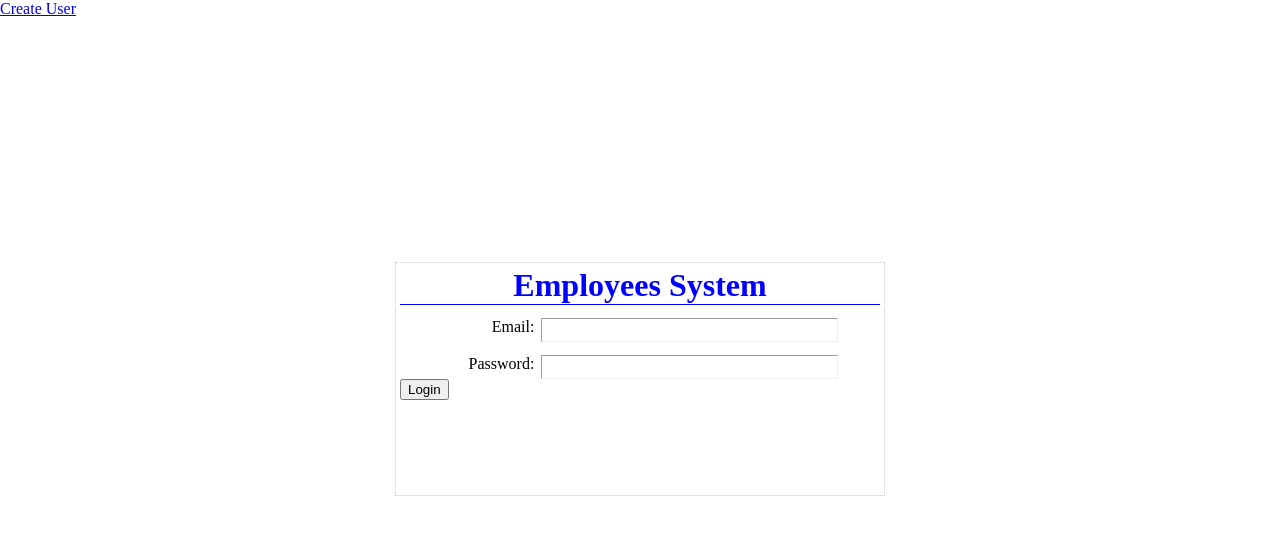
Repository: Hossam-Ali-zz/Employee-System
Page: http://localhost/Employee/login.jsp?lang=en
The author's editor kept a copy of each file at every save. The page is drawn from the files as they stood at one save, then again after the next save.
The browser window is 1280 px wide. The pictures show the whole page.
Some web libraries are served in a nearby version. The page is served by Tomcat 9. Nobody is signed in. The application's start-up code is not run.

Above is the page before, as saved 2017-04-03 13:15:35.

After the next save:
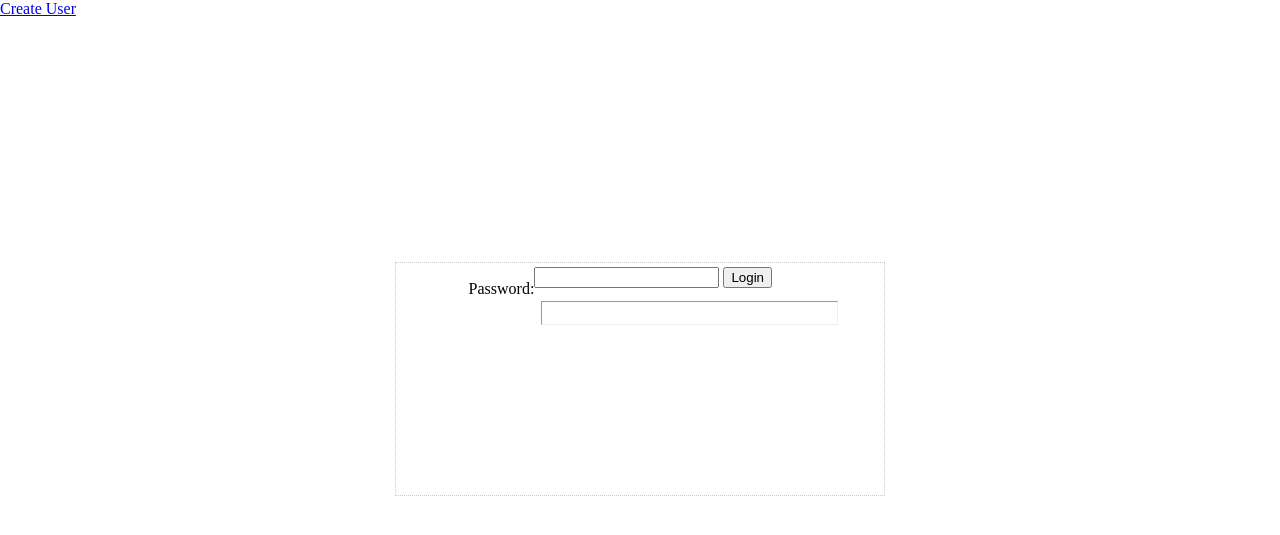
Saved 41 s later.
--- a/Employee/WebContent/login.jsp
+++ b/Employee/WebContent/login.jsp
@@ -71,15 +71,11 @@ label+input {
 <body>
 	<a href="?lang=en">Create User</a>
 	<form action="login" method="POST">
-		<fieldset>
-			<legend>Employees System</legend>
-			<label>Email: </label>
 			<input type="text" name="email"	id="email">
 				<label for="password">Password: </label>
 				<input type="password" name="password" id="password">
 				<input type="submit" value="Login">
 			<input type="hidden" name="email" value="${email}" />
-		</fieldset>
 	</form>
 </body>
 </html>
